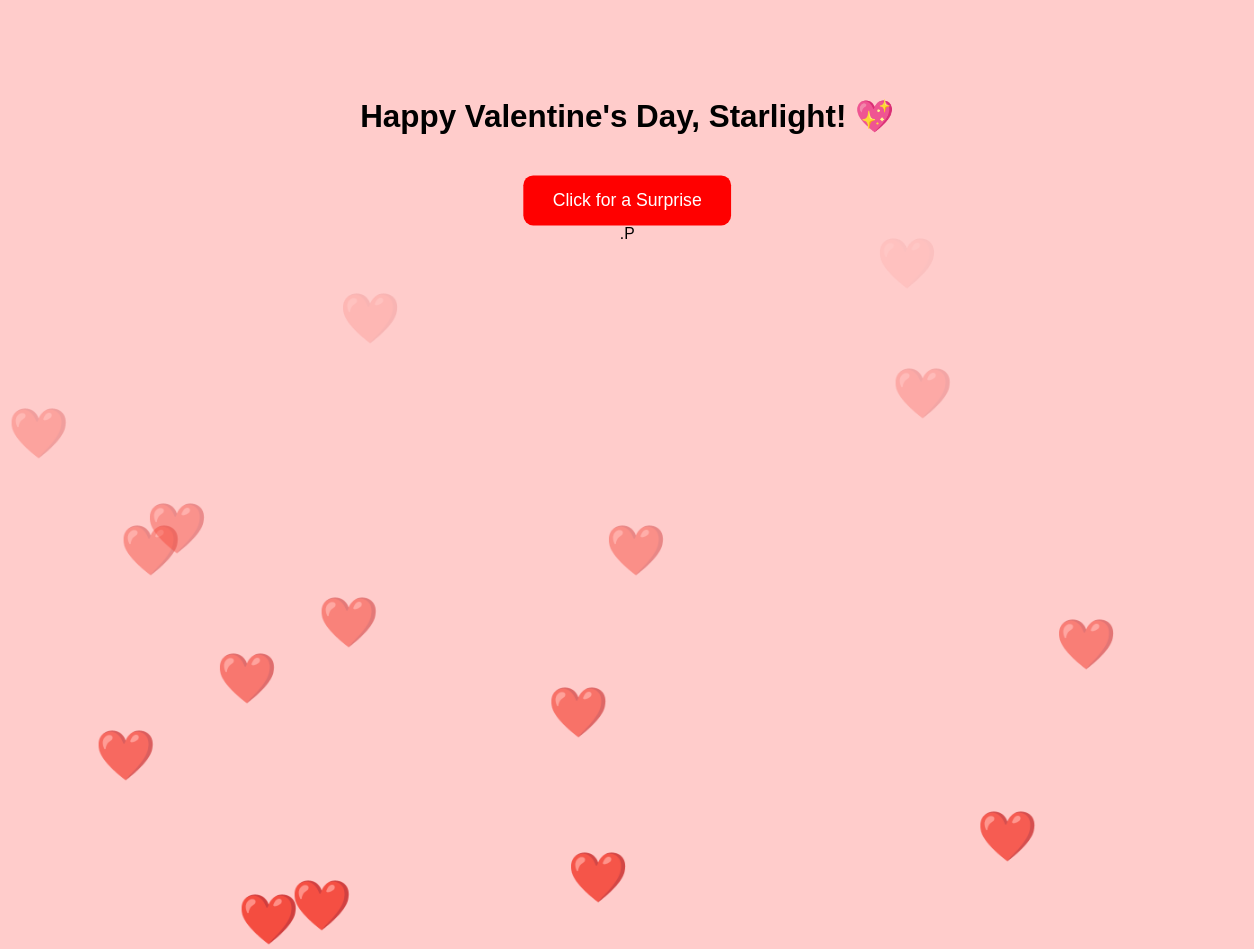
Repository: Jothankato05/Valentine
Page: Valentine/index.html
An editor plug-in stored every save of this project. The page is shown before and after the next save, followed by the edit.
The browser window is 1280 px wide. The pictures show the whole page, at 98% of full size.

Above is the page before, as saved 2025-02-14 14:36:55.

After the next save:
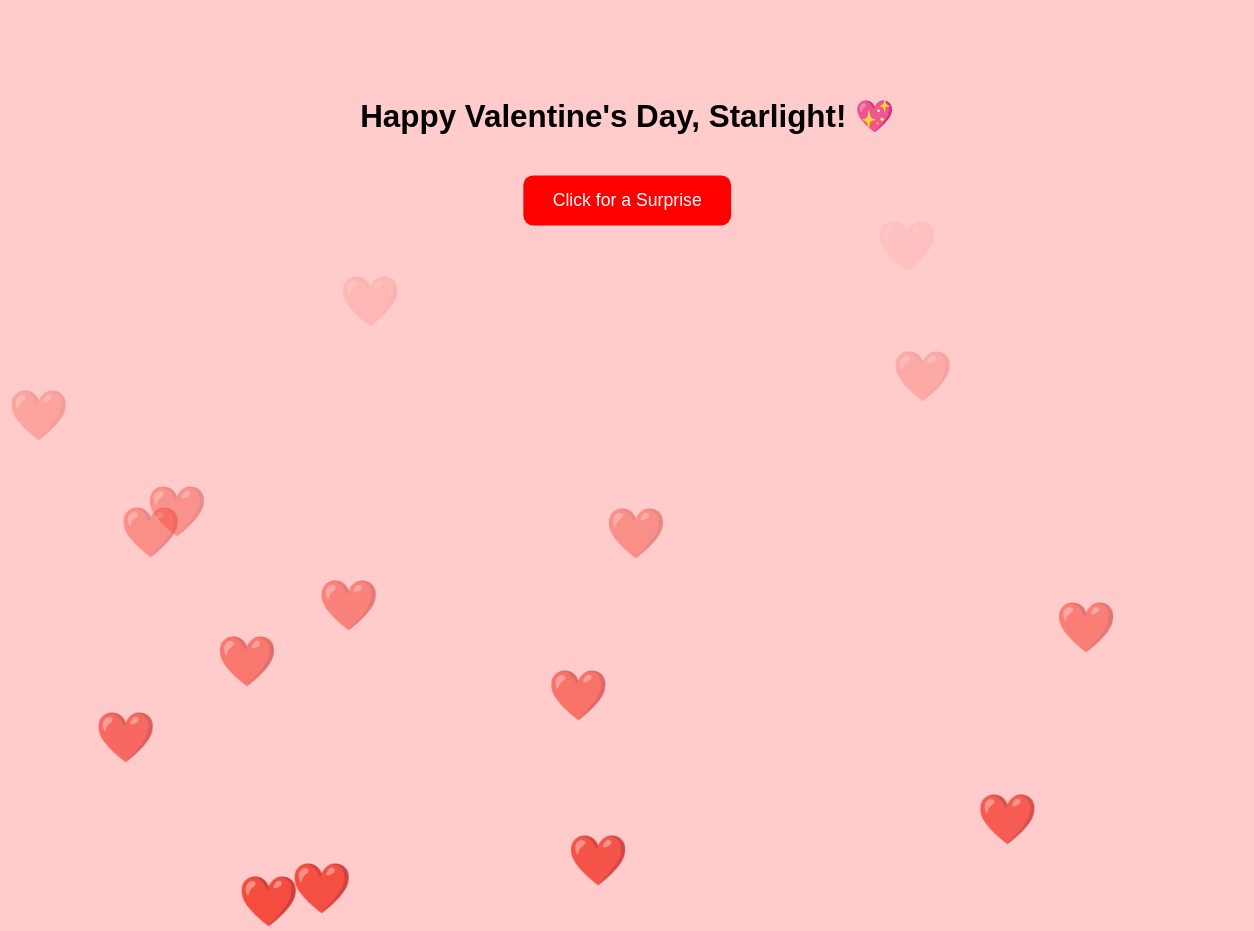
Saved 6 s later.
--- a/Valentine/index.html
+++ b/Valentine/index.html
@@ -70,4 +70,4 @@
         });
     </script>
 </body>
-</html>.P
+</html>

After the 2 saves that followed:
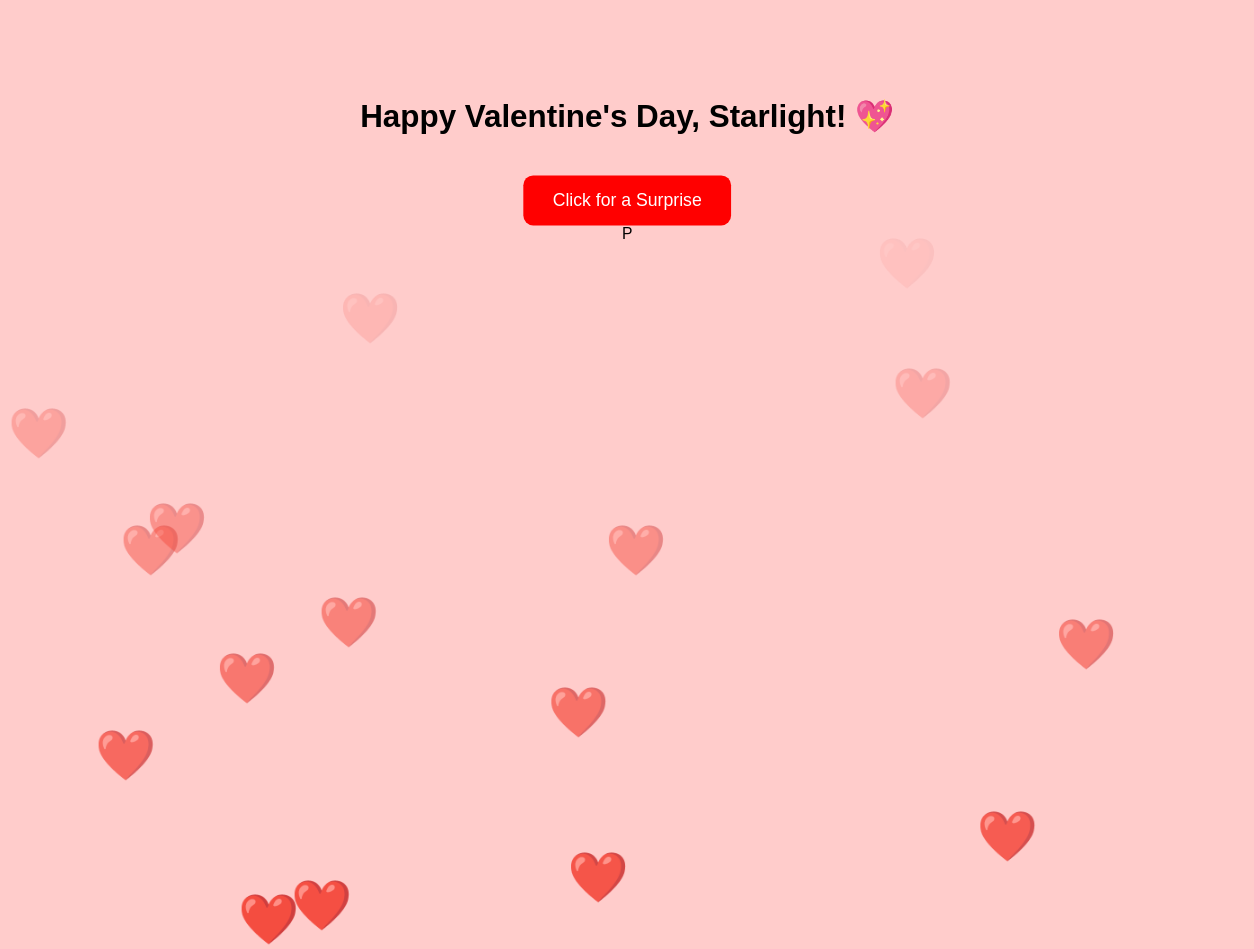
The 2 saves are shown as one change because they came seconds apart.
The last was saved 8 s later.
--- a/Valentine/index.html
+++ b/Valentine/index.html
@@ -46,7 +46,7 @@
     <div class="container">
         <h1>Happy Valentine's Day, Starlight! 💖</h1>
         <button id="surpriseBtn">Click for a Surprise</button>
-        <p id="message">You are the most amazing.erson I cherish you! ❤️</p>
+        <p id="message">You are the most amazing. rson I cherish you! ❤️</p>
     </div>
 
     <script>
@@ -70,4 +70,4 @@
         });
     </script>
 </body>
-</html>
+</html>P
